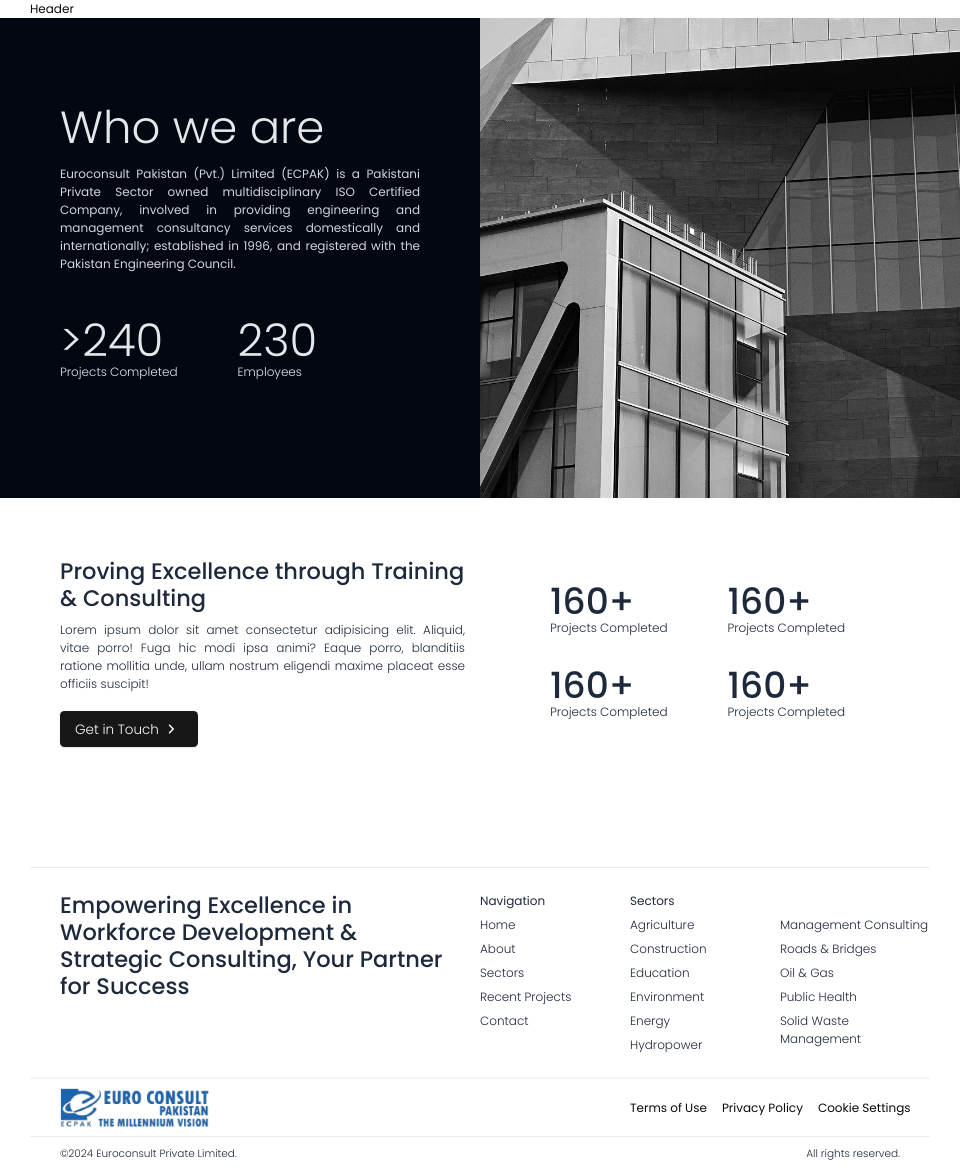
Repository: EMDC-24/ecglobalwebsite19
Page: /about
The author's editor kept a copy of each file at every save. The page is drawn from the files as they stood at one save, then again after the next save.
The browser window is 1280 px wide. The pictures show the whole page, at 75% of full size.
The project was rebuilt for these pictures with package versions that can differ from the ones it lists, and the page was loaded fresh each time. The framework's server and built-in components were replaced by stand-ins that run in the browser. Also part of the build but not shown: next.config.mjs.

Above is the page before, as saved 2024-09-17 22:49:20.

### app/about/page.tsx
import React from 'react'
import Header from '../Header'
import Footer from '../Footer'
import PraiseSection from '../PraiseSection'

const page = () => {
  return (
    <div>
        <Header />
        <div className="w-full bg-gray-950 flex flex-row h-[640px]">
        <div className="w-1/2 flex flex-col p-20 gap-5  justify-center">
        <h1 className="text-6xl text-gray-200 font-light">Who we are</h1>
        <p className="text-gray-300 text-justify">Euroconsult Pakistan (Pvt.) Limited (ECPAK) is a Pakistani Private Sector owned multidisciplinary ISO Certified Company, involved in providing engineering and management consultancy services domestically and internationally; established in 1996, and registered with the Pakistan Engineering Council.</p>
        <div className="flex flex-row gap-20 my-10">
            <div className="">
                <h2 className="font-light text-gray-200 text-6xl">&gt;240</h2>
                <p className="font-light text-gray-200">Projects Completed</p>
            </div>
            <div className="">
                <h2 className="font-light text-gray-200 text-6xl">230</h2>
                <p className="font-light text-gray-200">Employees</p>
            </div>
        </div>
        </div>
        <div className="w-1/2 h-full  bg-cover bg-center" style={{ backgroundImage: `url('/assets/heroimage.jpg')` }}></div>
        </div>
        <div className="mx-20 my-20">

        </div>
        <PraiseSection />
        <Footer />
    </div>
  )
}

export default page

### app/globals.css
@tailwind base;
@tailwind components;
@tailwind utilities;

@layer base {
  :root {
    --background: 0 0% 100%;
    --foreground: 0 0% 3.9%;
    --card: 0 0% 100%;
    --card-foreground: 0 0% 3.9%;
    --popover: 0 0% 100%;
    --popover-foreground: 0 0% 3.9%;
    --primary: 0 0% 9%;
    --primary-foreground: 0 0% 98%;
    --secondary: 0 0% 96.1%;
    --secondary-foreground: 0 0% 9%;
    --muted: 0 0% 96.1%;
    --muted-foreground: 0 0% 45.1%;
    --accent: 0 0% 96.1%;
    --accent-foreground: 0 0% 9%;
    --destructive: 0 84.2% 60.2%;
    --destructive-foreground: 0 0% 98%;
    --border: 0 0% 89.8%;
    --input: 0 0% 89.8%;
    --ring: 0 0% 3.9%;
    --chart-1: 12 76% 61%;
    --chart-2: 173 58% 39%;
    --chart-3: 197 37% 24%;
    --chart-4: 43 74% 66%;
    --chart-5: 27 87% 67%;
    --radius: 0.5rem;
  }
  .dark {
    --background: 0 0% 3.9%;
    --foreground: 0 0% 98%;
    --card: 0 0% 3.9%;
    --card-foreground: 0 0% 98%;
    --popover: 0 0% 3.9%;
    --popover-foreground: 0 0% 98%;
    --primary: 0 0% 98%;
    --primary-foreground: 0 0% 9%;
    --secondary: 0 0% 14.9%;
    --secondary-foreground: 0 0% 98%;
    --muted: 0 0% 14.9%;
    --muted-foreground: 0 0% 63.9%;
    --accent: 0 0% 14.9%;
    --accent-foreground: 0 0% 98%;
    --destructive: 0 62.8% 30.6%;
    --destructive-foreground: 0 0% 98%;
    --border: 0 0% 14.9%;
    --input: 0 0% 14.9%;
    --ring: 0 0% 83.1%;
    --chart-1: 220 70% 50%;
    --chart-2: 160 60% 45%;
    --chart-3: 30 80% 55%;
    --chart-4: 280 65% 60%;
    --chart-5: 340 75% 55%;
  }
}

@font-face {
  font-family: 'Poppins';
  src: url('/fonts/Poppins-Black.ttf') format('truetype');
  font-weight: 900;
  font-style: normal;
}

@font-face {
  font-family: 'Poppins';
  src: url('/fonts/Poppins-BlackItalic.ttf') format('truetype');
  font-weight: 900;
  font-style: italic;
}

@font-face {
  font-family: 'Poppins';
  src: url('/fonts/Poppins-Bold.ttf') format('truetype');
  font-weight: 700;
  font-style: normal;
}

@font-face {
  font-family: 'Poppins';
  src: url('/fonts/Poppins-BoldItalic.ttf') format('truetype');
  font-weight: 700;
  font-style: italic;
}

@font-face {
  font-family: 'Poppins';
  src: url('/fonts/Poppins-Regular.ttf') format('truetype');
  font-weight: 400;
  font-style: normal;
}

@font-face {
  font-family: 'Poppins';
  src: url('/fonts/Poppins-Italic.ttf') format('truetype');
  font-weight: 400;
  font-style: italic;
}

@font-face {
  font-family: 'Poppins';
  src: url('/fonts/Poppins-Light.ttf') format('truetype');
  font-weight: 300;
  font-style: normal;
}

@font-face {
  font-family: 'Poppins';
  src: url('/fonts/Poppins-LightItalic.ttf') format('truetype');
  font-weight: 300;
  font-style: italic;
}

@font-face {
  font-family: 'Poppins';
  src: url('/fonts/Poppins-Medium.ttf') format('truetype');
  font-weight: 500;
  font-style: normal;
}

@font-face {
  font-family: 'Poppins';
  src: url('/fonts/Poppins-MediumItalic.ttf') format('truetype');
  font-weight: 500;
  font-style: italic;
}

@layer base {
  * {
    @apply border-border;
  }

  body {
    @apply bg-background text-foreground;
    font-family: 'Poppins', sans-serif !important;
  }
}
.no-visible-scrollbar {
  scrollbar-width: none;
  -ms-overflow-style: none;
  -webkit-overflow-scrolling: touch;
}

.no-visible-scrollbar::-webkit-scrollbar {
  display: none;
}

### app/Header.tsx
import React from 'react'

const Header = () => {
  return (
    <div className="mx-10">Header</div>
  )
}

export default Header

### app/Footer.tsx
import { Separator } from '@/components/ui/separator'
import React from 'react'
import Image from 'next/image'

const Footer = () => {
  return (
    <div className="mx-10 flex flex-col gap-3 mt-40">
        <Separator />
        <div className="flex flex-col md:flex-row my-5">
            <div className="w-1/2">
                <h5 className="text-3xl font-medium text-slate-800 mx-10">Empowering Excellence in Workforce Development & Strategic Consulting, Your Partner for Success</h5>
            </div>
            <div className="w-1/2 flex flex-row gap-0">
                <div className="w-1/3 flex flex-col gap-2 ">
                <p className="text-slate-800 ">Navigation</p>
                <a href="/" className="text-slate-800 font-light">Home</a>
                <a href="/" className="text-slate-800 font-light">About</a>
                <a href="/" className="text-slate-800 font-light">Sectors</a>
                <a href="/" className="text-slate-800 font-light">Recent Projects</a>
                <a href="/" className="text-slate-800 font-light">Contact</a>
                </div>
                <div className="w-2/3 flex flex-row gap-0 ">
                <div className="w-1/2 flex flex-col gap-2">
                <p className="text-slate-800 ">Sectors</p>
                <a href="/" className="text-slate-800 font-light">Agriculture</a>
                <a href="/" className="text-slate-800 font-light">Construction</a>
                <a href="/" className="text-slate-800 font-light">Education</a>
                <a href="/" className="text-slate-800 font-light">Environment</a>
                <a href="/" className="text-slate-800 font-light">Energy</a>
                <a href="/" className="text-slate-800 font-light">Hydropower</a>
                </div>
                <div className="w-1/2 flex flex-col gap-2">
                <p className="text-slate-800 "><br></br></p>
                <a href="/" className="text-slate-800 font-light">Management Consulting</a>
                <a href="/" className="text-slate-800 font-light">Roads & Bridges</a>
                <a href="/" className="text-slate-800 font-light">Oil & Gas</a>
                <a href="/" className="text-slate-800 font-light">Public Health</a>
                <a href="/" className="text-slate-800 font-light">Solid Waste Management</a>
                </div>
                </div>


            </div>

        </div>
        <Separator />
        <div className="flex flex-col md:flex-row items-center">
            <div className="w-2/3 px-10"><Image src="/assets/ecpaklogo.png" width={200} height={1} alt="" /></div>
            <div className="w-1/3 flex flex-row gap-5">
            <p>Terms of Use</p>
            <p>Privacy Policy</p>
            <p>Cookie Settings</p>
            </div>
        </div>
        <Separator />
        <div className="mx-10 mb-3 flex flex-row items-center justify-between">
            <p className="text-sm font-light text-slate-800">©2024 Euroconsult Private Limited. </p>
            <p className="text-sm font-light text-slate-800">All rights reserved. </p>
        </div>
    </div>
  )
}

export default Footer

### app/PraiseSection.tsx

import { Button } from '@/components/ui/button'
import React from 'react'
import { FaAngleRight } from "react-icons/fa6";

const PraiseSection = () => {
  return (
    <div className="mx-20 flex flex-row gap-10 my-20 items-center justify-center">
    <div className="w-1/2 flex flex-col gap-3">
        <h3 className="text-3xl font-medium text-slate-800">Proving Excellence through Training & Consulting</h3>
        <p className="font-light text-slate-800 text-justify">Lorem ipsum dolor sit amet consectetur adipisicing elit. Aliquid, vitae porro! Fuga hic modi ipsa animi? Eaque porro, blanditiis ratione mollitia unde, ullam nostrum eligendi maxime placeat esse officiis suscipit!</p>
        <div className="w-auto mt-3"><Button className="px-5 py-6 text-lg font-light  hover:bg-blue-600">Get in Touch  <FaAngleRight className="mr-2 ml-2 h-4 w-4" /></Button></div>
    </div>
    <div className="w-1/2 flex flex-col gap-10 ">
    <div className="flex flex-row gap-20 items-start justify-center">
        <div>
        <h3 className="text-5xl font-medium text-slate-800">160+</h3>
        <p className="font-light text-slate-800">Projects Completed</p>
        </div>
        <div>
        <h3 className="text-5xl font-medium text-slate-800">160+</h3>
        <p className="font-light text-slate-800">Projects Completed</p>
        </div>
    </div>
    <div className="flex flex-row gap-20 items-start justify-center">
        <div>
        <h3 className="text-5xl font-medium text-slate-800">160+</h3>
        <p className="font-light text-slate-800">Projects Completed</p>
        </div>
        <div>
        <h3 className="text-5xl font-medium text-slate-800">160+</h3>
        <p className="font-light text-slate-800">Projects Completed</p>
        </div>
    </div>

    </div>
    </div>
  )
}

export default PraiseSection

### components/ui/separator.tsx
"use client"

import * as React from "react"
import * as SeparatorPrimitive from "@radix-ui/react-separator"

import { cn } from "@/lib/utils"

const Separator = React.forwardRef<
  React.ElementRef<typeof SeparatorPrimitive.Root>,
  React.ComponentPropsWithoutRef<typeof SeparatorPrimitive.Root>
>(
  (
    { className, orientation = "horizontal", decorative = true, ...props },
    ref
  ) => (
    <SeparatorPrimitive.Root
      ref={ref}
      decorative={decorative}
      orientation={orientation}
      className={cn(
        "shrink-0 bg-border",
        orientation === "horizontal" ? "h-[1px] w-full" : "h-full w-[1px]",
        className
      )}
      {...props}
    />
  )
)
Separator.displayName = SeparatorPrimitive.Root.displayName

export { Separator }

### components/ui/button.tsx
import * as React from "react"
import { Slot } from "@radix-ui/react-slot"
import { cva, type VariantProps } from "class-variance-authority"

import { cn } from "@/lib/utils"

const buttonVariants = cva(
  "inline-flex items-center justify-center whitespace-nowrap rounded-md text-sm font-medium transition-colors focus-visible:outline-none focus-visible:ring-1 focus-visible:ring-ring disabled:pointer-events-none disabled:opacity-50",
  {
    variants: {
      variant: {
        default:
          "bg-primary text-primary-foreground shadow hover:bg-primary/90",
        destructive:
          "bg-destructive text-destructive-foreground shadow-sm hover:bg-destructive/90",
        outline:
          "border border-input bg-background shadow-sm hover:bg-accent hover:text-accent-foreground",
        secondary:
          "bg-secondary text-secondary-foreground shadow-sm hover:bg-secondary/80",
        ghost: "hover:bg-accent hover:text-accent-foreground",
        link: "text-primary underline-offset-4 hover:underline",
      },
      size: {
        default: "h-9 px-4 py-2",
        sm: "h-8 rounded-md px-3 text-xs",
        lg: "h-10 rounded-md px-8",
        icon: "h-9 w-9",
      },
    },
    defaultVariants: {
      variant: "default",
      size: "default",
    },
  }
)

export interface ButtonProps
  extends React.ButtonHTMLAttributes<HTMLButtonElement>,
    VariantProps<typeof buttonVariants> {
  asChild?: boolean
}

const Button = React.forwardRef<HTMLButtonElement, ButtonProps>(
  ({ className, variant, size, asChild = false, ...props }, ref) => {
    const Comp = asChild ? Slot : "button"
    return (
      <Comp
        className={cn(buttonVariants({ variant, size, className }))}
        ref={ref}
        {...props}
      />
    )
  }
)
Button.displayName = "Button"

export { Button, buttonVariants }

### tailwind.config.ts
import type { Config } from "tailwindcss";

const config: Config = {
  darkMode: ["class"],
  content: [
    "./pages/**/*.{js,ts,jsx,tsx,mdx}",
    "./components/**/*.{js,ts,jsx,tsx,mdx}",
    "./app/**/*.{js,ts,jsx,tsx,mdx}",
  ],
  theme: {
    extend: {
      fontFamily: {
        sans: ['Poppins', 'sans-serif'], // Set Poppins as default sans font
      },
      backgroundImage: {
        'gradient-radial': 'radial-gradient(var(--tw-gradient-stops))',
        'gradient-conic': 'conic-gradient(from 180deg at 50% 50%, var(--tw-gradient-stops))',
      },
      borderRadius: {
        lg: 'var(--radius)',
        md: 'calc(var(--radius) - 2px)',
        sm: 'calc(var(--radius) - 4px)',
      },
      colors: {
        background: 'hsl(var(--background))',
        foreground: 'hsl(var(--foreground))',
        card: {
          DEFAULT: 'hsl(var(--card))',
          foreground: 'hsl(var(--card-foreground))',
        },
        popover: {
          DEFAULT: 'hsl(var(--popover))',
          foreground: 'hsl(var(--popover-foreground))',
        },
        primary: {
          DEFAULT: 'hsl(var(--primary))',
          foreground: 'hsl(var(--primary-foreground))',
        },
        secondary: {
          DEFAULT: 'hsl(var(--secondary))',
          foreground: 'hsl(var(--secondary-foreground))',
        },
        muted: {
          DEFAULT: 'hsl(var(--muted))',
          foreground: 'hsl(var(--muted-foreground))',
        },
        accent: {
          DEFAULT: 'hsl(var(--accent))',
          foreground: 'hsl(var(--accent-foreground))',
        },
        destructive: {
          DEFAULT: 'hsl(var(--destructive))',
          foreground: 'hsl(var(--destructive-foreground))',
        },
        border: 'hsl(var(--border))',
        input: 'hsl(var(--input))',
        ring: 'hsl(var(--ring))',
        chart: {
          '1': 'hsl(var(--chart-1))',
          '2': 'hsl(var(--chart-2))',
          '3': 'hsl(var(--chart-3))',
          '4': 'hsl(var(--chart-4))',
          '5': 'hsl(var(--chart-5))',
        },
      },
    },
  },
  plugins: [require("tailwindcss-animate")],
};

export default config;

Loaded but not shown: app/layout.tsx (common file); lib/utils.ts (common file)

After the next save:
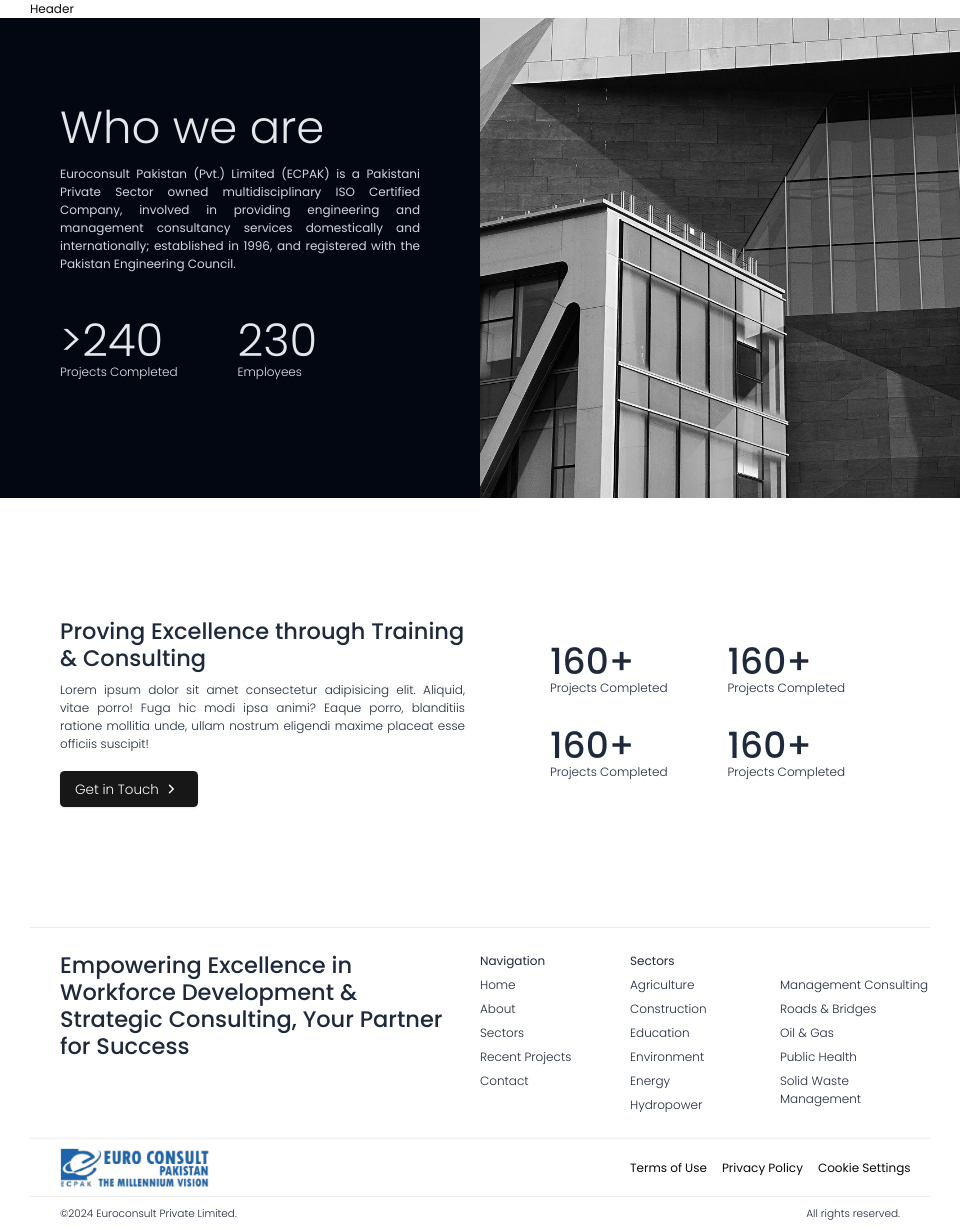
Saved 9 s later.
--- a/app/about/page.tsx
+++ b/app/about/page.tsx
@@ -24,7 +24,7 @@
         </div>
         <div className="w-1/2 h-full  bg-cover bg-center" style={{ backgroundImage: `url('/assets/heroimage.jpg')` }}></div>
         </div>
-        <div className="mx-20 my-20">
+        <div className="mx-20 my-20 flex flex-col">
 
         </div>
         <PraiseSection />
